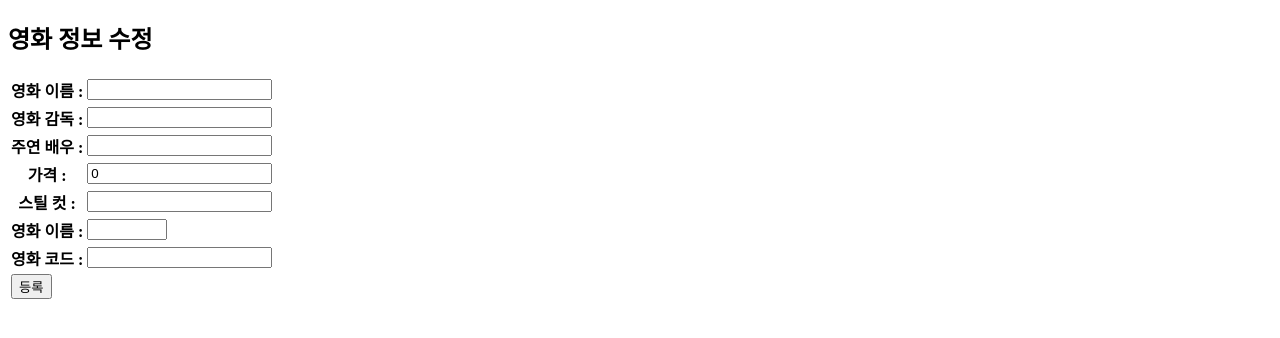
Repository: shinymusket/ideal-memory2
Page: http://localhost/homework10/MA
An editor plug-in stored every save of this project. The page is shown before and after the next save, followed by the edit.
The browser window is 1280 px wide. The pictures show the whole page.
The page is served by Tomcat 9. Queries for data that is not in the repository find no rows.

Above is the page before, as saved 2022-06-16 08:36:56.

After the next save:
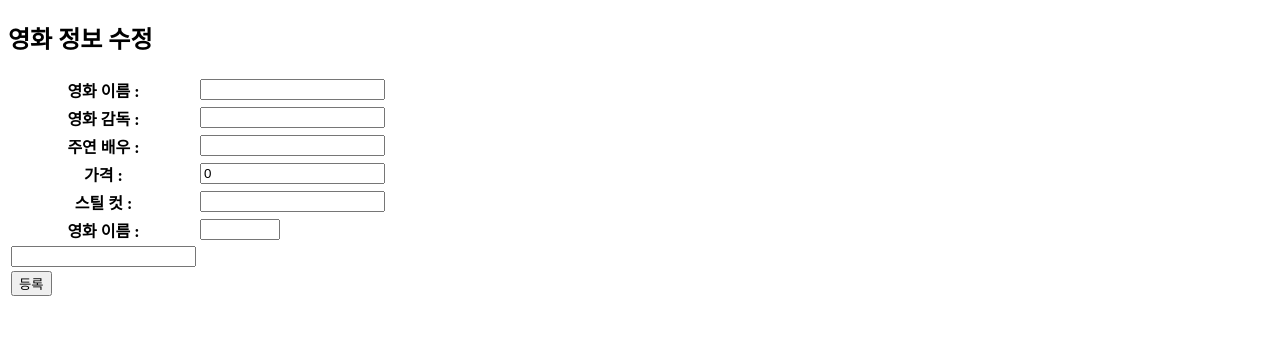
Saved 7 s later.
--- a/homework10/WebContent/movieAlter.jsp
+++ b/homework10/WebContent/movieAlter.jsp
@@ -59,9 +59,6 @@
 				</td>
 			</tr>
 			<tr>
-				<th>
-					<label for="MovieName">영화 코드 :</label>
-				</th>
 				<td>
 					<input type="text" id="MovieName" name="MovieName" value="${movie.movieName}">
 				</td>
